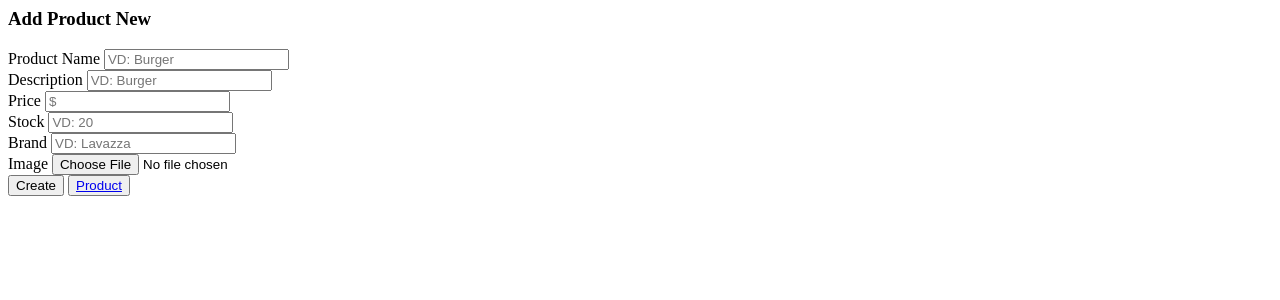
Repository: QunDev/du_an
Page: http://localhost/admin/products/createProduct.php
An editor plug-in stored every save of this project. The page is shown before and after the next save, followed by the edit.
The browser window is 1280 px wide. The pictures show the whole page.
The page is run by PHP 8.4 with error messages shown; the project is at /var/www/html/.

Above is the page before, as saved 2023-11-24 22:52:22.

After the next save:
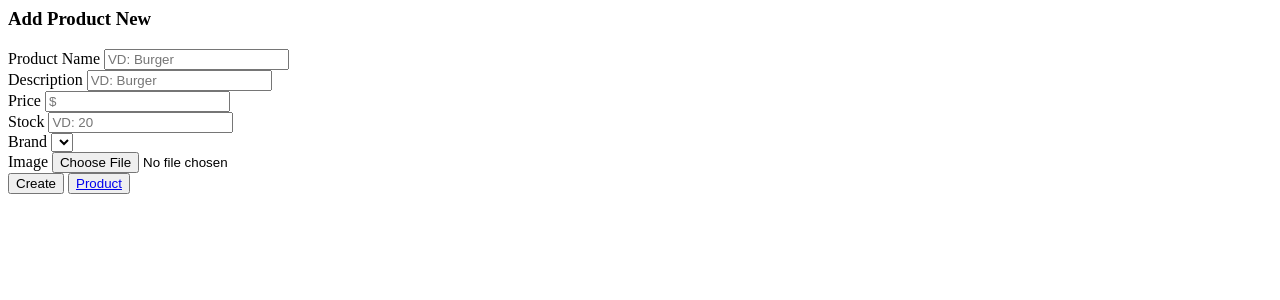
Saved 106 s later.
--- a/admin/products/createProduct.php
+++ b/admin/products/createProduct.php
@@ -71,15 +71,12 @@
 
         <div class="form-group">
           <label for="Brand" class="form-label">Brand</label>
-          <input
-            id="brand"
-            name="brand"
-            type="text"
-            placeholder="VD: Lavazza"
-            class="form-control"
-            data-desc
-            rule="required"
-          />
+          <select name="brand" id="brand" class="form-control" rule="required">
+            <option value="" selected></option>
+          </select>
+          <?php
+
+          ?>
           <span class="form-message"></span>
         </div>
 
